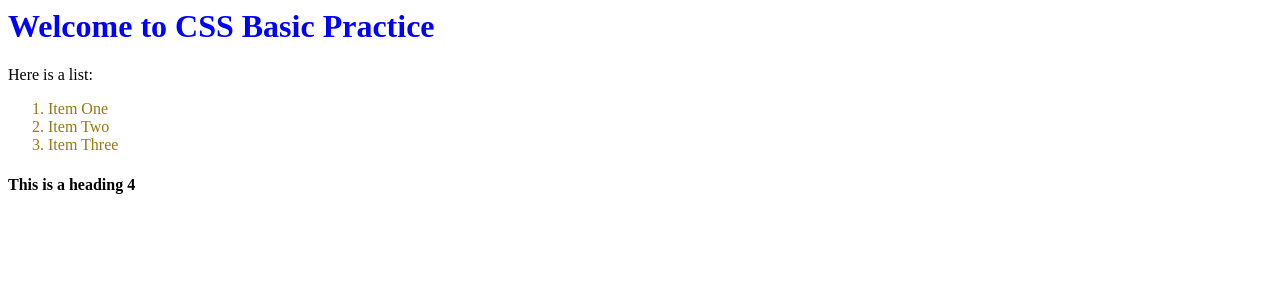
Repository: MonwarAdeeb/Bista_Solutions
Page: HTML & CSS/CSS/Level One/Level_One.html
These files come from the project's save history. The page is drawn as it stood at one moment and after a run of saves; the edit follows.
The browser window is 1280 px wide. The pictures show the whole page.

Above is the page before, as saved 2021-05-19 16:06:07.

### HTML & CSS/CSS/Level One/Level_One.html
<html lang="en">
<head>
    <meta charset="UTF-8">
    <meta http-equiv="X-UA-Compatible" content="IE=edge">
    <meta name="viewport" content="width=device-width, initial-scale=1.0">
    <title>CSS Basics</title>
    <link rel="stylesheet" href="Level_One_CSS.css">
</head>
<body>
    <h1>Welcome to CSS Basic Practice</h1>

    <p>Here is a list:</p>

    <ol>
        <li>Item One</li>
        <li>Item Two</li>
        <li>Item Three</li>
    </ol>

    <h4>This is a heading 4</h4>
</body>
</html>

### HTML & CSS/CSS/Level One/Level_One_CSS.css
/* General Format */
/* selected tag{
    property: value;
} */

h1 {
  color: blue;
}

li {
  color: rgb(151, 120, 17);
}

After the next 3 saves:
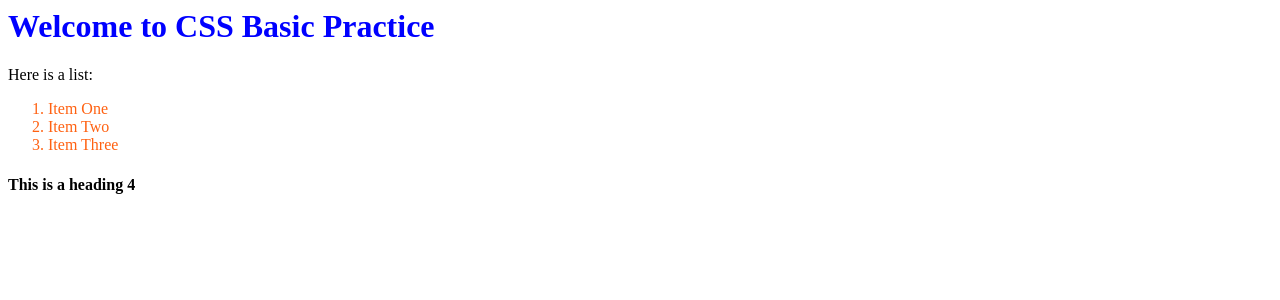
The 3 saves are shown as one change because they came seconds apart.
The last was saved 13 s later.
--- a/HTML & CSS/CSS/Level One/Level_One_CSS.css
+++ b/HTML & CSS/CSS/Level One/Level_One_CSS.css
@@ -8,5 +8,5 @@
 }
 
 li {
-  color: rgb(151, 120, 17);
+  color: rgb(255, 97, 17);
 }
